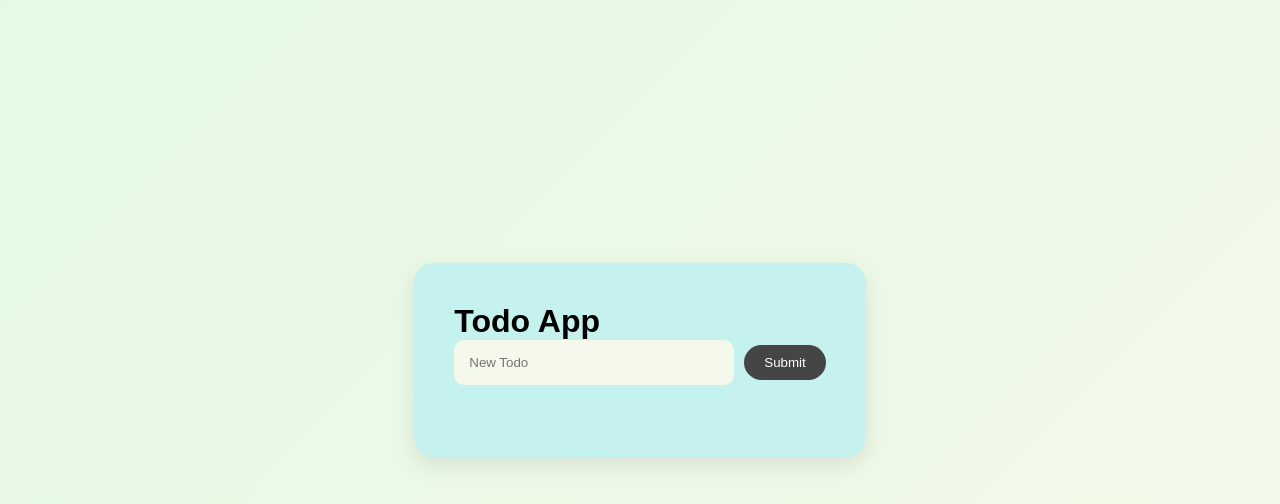
Repository: Subhadeep2609/Todo_React
Page: /
These files come from the project's save history. The page is drawn as it stood at one moment and after the next save; the edit follows.
The browser window is 1280 px wide. The pictures show the whole page.
The project was rebuilt for these pictures with package versions that can differ from the ones it lists, and the page was loaded fresh each time. Also part of the build but not shown: vite.config.js.

Above is the page before, as saved 2025-09-04 13:47:50.

### src/index.css
/* Reset */
* {
  padding: 0;
  margin: 0;
  box-sizing: border-box;
}

body {
  background: linear-gradient(135deg, #e4f9e4, #f5f9eb);
  height: 100vh;
  display: flex;
  justify-content: center;
  align-items: center;
  font-family: "Poppins", sans-serif;
}
.heading{
  font-size:
}
/* Container */
.container {
  background: #c5f1ee;
  padding: 40px;
  border-radius: 20px;
  box-shadow: 0 8px 25px rgba(0, 0, 0, 0.1);
  min-width: 400px;
  transition: transform 0.3s ease;
}

.container:hover {
  transform: translateY(-5px);
}

/* Input */
input {
  padding: 15px;
  border: none;
  outline: none;
  background: #f5f9eb;
  width: 280px;
  margin-right: 10px;
  border-radius: 10px;
  transition: box-shadow 0.3s ease;
}

input:focus {
  box-shadow: 0 0 8px rgba(0, 150, 136, 0.4);
}

/* Button */
button {
  border-radius: 100px;
  background: #454545;
  padding: 10px 20px;
  outline: none;
  border: none;
  color: #fff;
  cursor: pointer;
  font-weight: 500;
  transition: all 0.3s ease;
}

button:hover {
  background: #2e7d32;
  transform: scale(1.05);
}

/* Todos List */
.todos-list {
  margin-top: 2rem;
  animation: fadeIn 0.6s ease-in-out;
}

/* Todo Item */
.todo {
  list-style: none;
  display: flex;
  justify-content: space-between;
  align-items: center;
  background: #f5f9eb;
  padding: 12px 20px;
  margin: 10px 0;
  border-radius: 12px;
  box-shadow: 0 4px 12px rgba(0, 0, 0, 0.05);
  animation: slideIn 0.4s ease forwards;
  opacity: 0;
}

/* Appear animation */
@keyframes slideIn {
  from {
    transform: translateY(15px);
    opacity: 0;
  }
  to {
    transform: translateY(0);
    opacity: 1;
  }
}

/* Fade in */
@keyframes fadeIn {
  from {
    opacity: 0;
  }
  to {
    opacity: 1;
  }
}

/* Close button */
.close {
  padding: 6px 12px;
  cursor: pointer;
  border-radius: 50%;
  background: #ff5252;
  color: white;
  border: none;
  transition: all 0.3s ease;
}

.close:hover {
  background: #d32f2f;
  transform: rotate(90deg);
}

### src/App.jsx
import Todo from "./components/Todo"


function App() {


  return (
    <div>
      <Todo/>
    </div>
  )
}

export default App

### src/components/Todo.jsx
import { useState } from "react";
import "../index.css";

const Todo = () => {
  const [todos, setTodos] = useState([]);
  const [input, setInput] = useState("");

  const handleSubmit = () => {
    if (!input.trim()) return; // prevent empty todo

    setTodos((prev) => [
      ...prev,
      { text: input, id: Date.now() }, // unique id
    ]);
    setInput("");
  };

  const removeTodo = (id) =>
    setTodos((prev) => prev.filter((t) => t.id !== id));

  const handleKeyDown = (e) => {
    if (e.key === "Enter") handleSubmit();
  };

  return (

    <div className="container">
        <h1 className="heading">Todo App</h1>
      <input
        type="text"
        placeholder="New Todo"
        value={input}
        onChange={(e) => setInput(e.target.value)}
        onKeyDown={handleKeyDown}
      />

      <button type="button" onClick={handleSubmit}>
        Submit
      </button>

      <ul className="todos-list">
        {todos.map(({ text, id }) => (
          <li className="todo" key={id}>
            <span>{text}</span>
            <button
              type="button"
              className="close"
              onClick={() => removeTodo(id)}
            >
              X
            </button>
          </li>
        ))}
      </ul>
    </div>
  );
};

export default Todo;

Loaded but not shown: index.html (common file); src/main.jsx (common file)

After the next save:
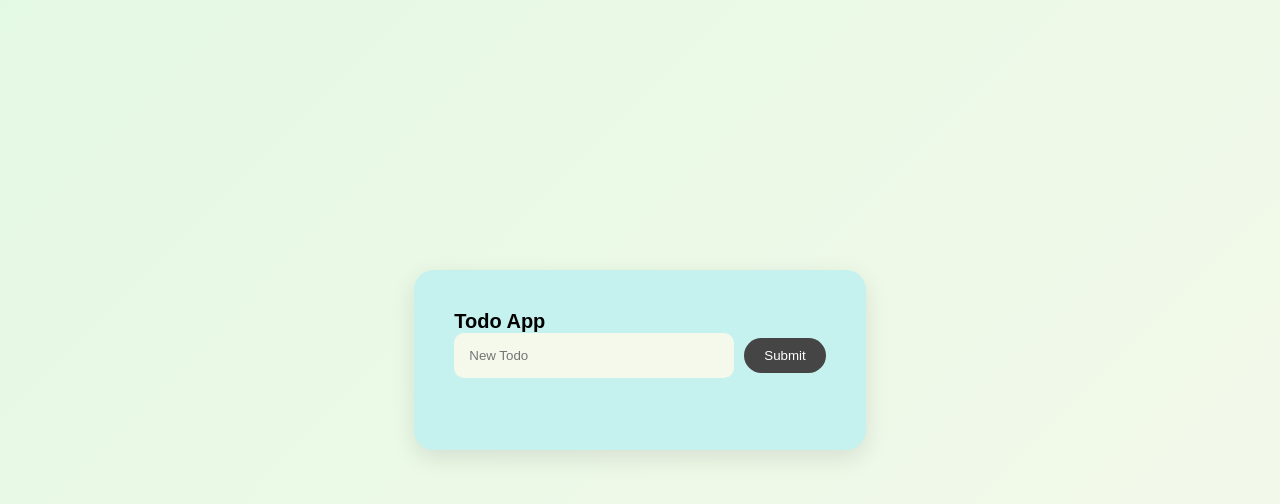
Saved 4 s later.
--- a/src/index.css
+++ b/src/index.css
@@ -14,7 +14,7 @@ body {
   font-family: "Poppins", sans-serif;
 }
 .heading{
-  font-size:
+  font-size:20px
 }
 /* Container */
 .container {
